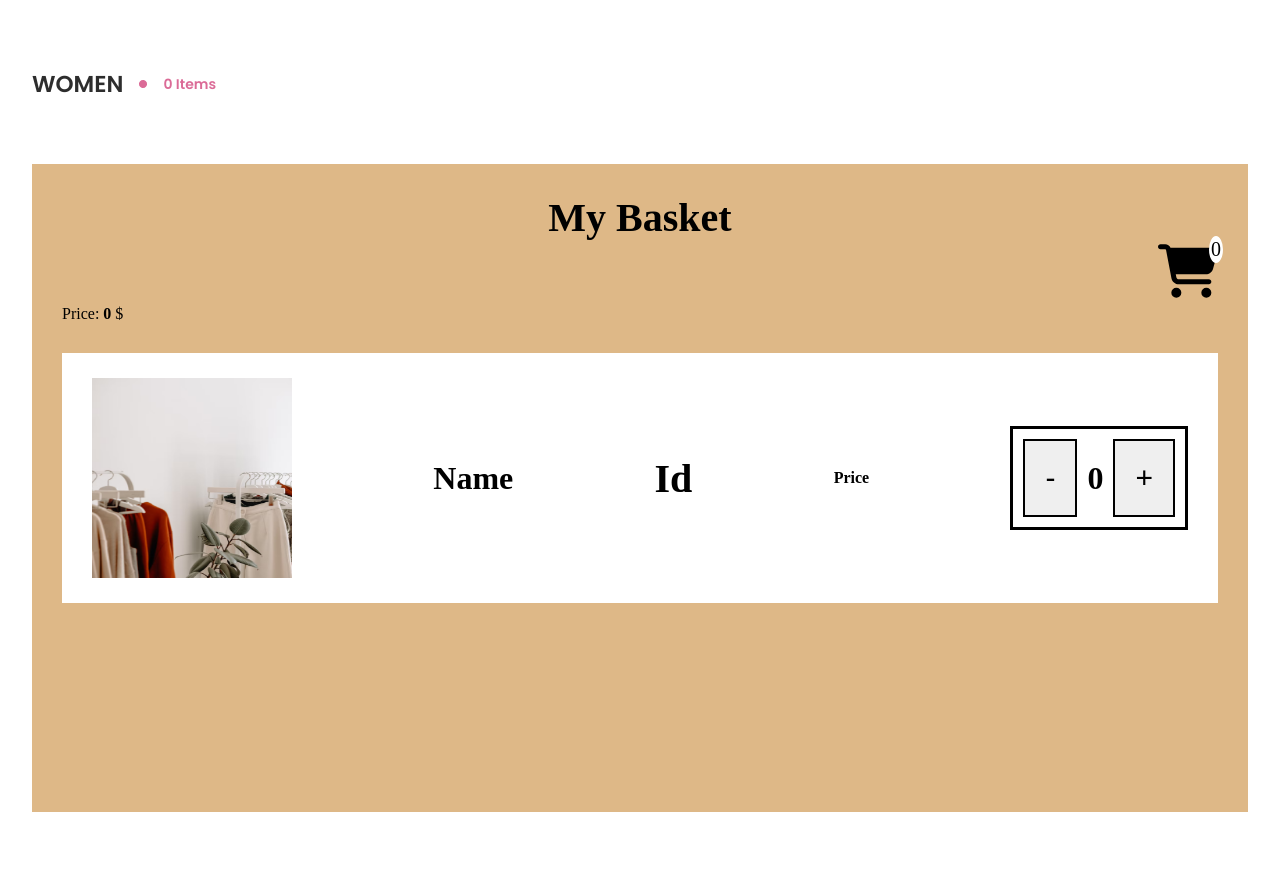
Repository: PoladEziz/Ecommerce-Page
Page: pages/shopPage/index.html
The author's editor kept a copy of each file at every save. The page is drawn from the files as they stood at one save, then again after the next save.
The browser window is 1280 px wide. The pictures show the whole page.

Above is the page before, as saved 2023-11-09 15:57:15.
Console error: TypeError: Cannot read properties of null (reading 'length')

### pages/shopPage/index.html
<!DOCTYPE html>
<html lang="en">
  <head>
    <meta charset="UTF-8" />
    <meta name="viewport" content="width=device-width, initial-scale=1.0" />
    <title>Document</title>
    <link
      rel="stylesheet"
      href="https://cdnjs.cloudflare.com/ajax/libs/font-awesome/6.4.2/css/all.min.css"
      integrity="sha512-z3gLpd7yknf1YoNbCzqRKc4qyor8gaKU1qmn+CShxbuBusANI9QpRohGBreCFkKxLhei6S9CQXFEbbKuqLg0DA=="
      crossorigin="anonymous"
      referrerpolicy="no-referrer"
    />
    <link rel="stylesheet" href="../../assets/css/reset.css" />
    <link rel="stylesheet" href="./index.css" />
  </head>
  <body>
    <div class="shop-page">
      <div class="head">
        <h1>WOMEN</h1>
        <img src="../../assets/img/Ellipse 1.png" alt="" />
        <h2>0 Items</h2>
      </div>
      <div class="main">
        <ul>
          <!-- <li>
            <div class="image-box">
              <img
                class="main-photo"
                src="../../assets/img/image 13.png"
                alt=""
              />
              <div class="buttons-box">
                <div class="ratigns">
                  <img
                    src="../../assets/img/icon emojione-star.png"
                    alt=""
                    srcset=""
                  />
                  <h5>4.3</h5>
                </div>
                <button>
                  <img src="../../assets/img/no-fav.svg" alt="" />
                </button>
              </div>
            </div>

            <h3>Forever 21</h3>
            <p>Plush body-hug sweater</p>
            <h4>Rs. 1790</h4>
            <div class="buttons">
              <button class="add">
                <i class="fa-solid fa-cart-shopping"></i>
              </button>
              <button class="delete">
                <i class="fa-sharp fa-solid fa-trash"></i>
              </button>
            </div>
          </li> -->
        </ul>
      </div>
      <div class="basket">
        <h2>My Basket</h2>
        <div class="basket-icon">
          <img class="shop-icon-img" src="../../assets/img/cart-shopping-solid.svg" alt="">
          <p class="number-p">0</p>
        </div>
        <p>Price: <b class="total-price">0</b> $</p>
        <ul>
          <li><img src="../../assets/img/image 1.png" alt="">
          <h1>Name</h1>
          <h2>Id</h2>
          <h4>Price</h4>
          <div class="counter-div">
            <button class="decrease">-</button>
            <h1 class="counter">0</h1>
            <button class="increase">+</button>
          </div>
          </li>
        </ul>
      </div>
    </div>
  </body>
  <script src="./index.js"></script>
</html>

### assets/css/reset.css
*{
    padding: 0;
    margin: 0;
    box-sizing: border-box;
}
button{
    border: none;
}
li{
    list-style-type: none;
}
a{
    text-decoration: none;
}

### pages/shopPage/index.css
@import url("https://fonts.googleapis.com/css2?family=Poppins:wght@400;600&display=swap");
.shop-page {
  width: 100%;
  min-height: 100vh;
  padding: 64px 32px;
}
.shop-page .head {
  display: flex;
  align-items: center;
  margin-bottom: 40px;
}
.shop-page .head h1 {
  color: var(--text-color-primary, #2d2d2d);
  font-family: Poppins;
  font-size: 23px;
  font-style: normal;
  font-weight: 600;
  line-height: 32px;
}
.shop-page .head img {
  width: 8px;
  height: 8px;
  margin: 16px;
}
.shop-page .head h2 {
  color: var(--text-color-accent, #db6b97);
  font-family: Poppins;
  font-size: 14px;
  font-style: normal;
  font-weight: 600;
  line-height: 24px;
}
.shop-page .main ul {
  display: grid;
  grid-template-columns: repeat(4, 1fr);
  grid-row-gap: 50px;
  grid-column-gap: 120px;
}
.shop-page .main ul li {
  display: flex;
  flex-direction: column;
  gap: 16px;
}
.shop-page .main ul li .image-box {
  position: relative;
}
.shop-page .main ul li .image-box button {
  background: none;
}
.shop-page .main ul li .image-box .buttons-box {
  width: 100%;
  padding: 0 16px;
  position: absolute;
  bottom: 24px;
  display: flex;
  justify-content: space-between;
}
.shop-page .main ul li .ratigns {
  width: 55px;
  height: 24px;
  padding: 4px 8px;
  border-radius: 4px;
  background: var(--text-color-secondary, #fff);
  display: flex;
}
.shop-page .main ul li .ratigns h5 {
  margin-left: 4px;
  color: var(--text-color-primary, #2d2d2d);
  font-family: Poppins;
  font-size: 12px;
  font-style: normal;
  font-weight: 600;
  line-height: 16px;
}
.shop-page .main ul li .main-photo {
  width: 100%;
  height: 360px;
}
.shop-page .main ul li h3 {
  color: var(--text-color-primary, #2d2d2d);
  font-family: Poppins;
  font-size: 16px;
  font-style: normal;
  font-weight: 600;
  line-height: 24px;
}
.shop-page .main ul li p {
  color: var(--text-color-tertiary, #737373);
  font-family: Poppins;
  font-size: 14px;
  font-style: normal;
  font-weight: 400;
  line-height: 24px;
}
.shop-page .main ul li h4 {
  color: var(--text-color-accent, #db6b97);
  font-family: Poppins;
  font-size: 14px;
  font-style: normal;
  font-weight: 600;
  line-height: 24px;
}
.shop-page .main ul li .buttons {
  display: flex;
  align-items: center;
  justify-content: space-between;
}
.shop-page .main ul li .buttons i {
  font-size: 20px;
}
.shop-page .basket {
  width: 100%;
  min-height: 90vh;
  margin-top: 20px;
  padding: 30px;
  background-color: burlywood;
}
.shop-page .basket h2 {
  font-size: 40px;
  text-align: center;
}
.shop-page .basket .basket-icon {
  width: 60px;
  margin-left: auto;
  position: relative;
}
.shop-page .basket .basket-icon .shop-icon-img {
  width: 60px;
  height: 60px;
}
.shop-page .basket .basket-icon .number-p {
  position: absolute;
  top: -5px;
  right: -5px;
  font-size: 20px;
  background-color: #FFF;
  border: 2px solid white;
  border-radius: 50%;
}
.shop-page .basket ul {
  margin-top: 30px;
  display: flex;
  flex-direction: column;
}
.shop-page .basket ul li {
  display: flex;
  align-items: center;
  justify-content: space-between;
  padding: 30px;
  width: 100%;
  height: 250px;
  background-color: #FFF;
}
.shop-page .basket ul li img {
  width: 200px;
  height: 200px;
}
.shop-page .basket ul li .counter-div {
  display: flex;
  align-items: center;
  border: 3px solid black;
}
.shop-page .basket ul li .counter-div button {
  border: 2px solid black;
  padding: 20px;
  margin: 10px;
  font-size: 30px;
}/*# sourceMappingURL=index.css.map */

### pages/shopPage/index.js
let ul = document.querySelector("ul");
let h2 = document.querySelector("h2");
function getProduct() {
  let data = JSON.parse(localStorage.getItem("product"));

  h2.innerText = ` ${data.length} Items`;
  data.forEach((element) => {
    ul.innerHTML += `
    <li>
    <div class="image-box">
      <img
        class="main-photo"
        src="${element.productImg}"
        alt=""
      />
      <div class="buttons-box">
        <div class="ratigns">
          <img
            src="../../assets/img/icon emojione-star.png"
            alt=""
            srcset=""
          />
          <h5>4.3</h5>
        </div>
        <button class="no-fav-btn">
        <img class="no-fav" src="../../assets/img/no-fav.svg" alt="">
        </button>
      </div>
    </div>

    <h3>${element.productName} <br> # <span>${element.productId} </span>  </h3>
    <h5>${element.productInfo} <br> <p>${element.productCount}</p></h5>
    <h4>$ ${element.productAmount}</h4>
<div class="buttons">
<button class="add">
  <i class="fa-solid fa-cart-shopping"></i>
</button>
<button class="delete">
  <i class="fa-sharp fa-solid fa-trash"></i>
</button>
</div>
   </li>
   `;
  });
}
getProduct();
// fav action
let fav = false;
let noFavBtn = document.querySelectorAll(".no-fav-btn");
noFavBtn.forEach((element) => {
  element.addEventListener("click", () => checkFav(element));
});
function checkFav(element) {
  if (fav) {
    element.querySelector("img").src = "../../assets/img/no-fav.svg";
    fav = false;
  } else {
    element.querySelector("img").src = "../../assets/img/fav.svg";
    fav = true;
  }
}
// delete action
let deleteBtn = document.querySelectorAll(".delete");
deleteBtn.forEach((element) => {
  element.addEventListener("click", () => deleteProduct(element));
});
function deleteProduct(element) {
  let data = JSON.parse(localStorage.getItem("product"));
  let productId =
    element.parentElement.parentElement.querySelector("span").innerText;
  let productCount = element.parentElement.parentElement.querySelector("h5 p");

  if (productCount.innerText > 1) {
    productCount.innerText = productCount.innerText - 1;
    editLocalStorage(productId, data);
  } else {
    element.parentElement.parentElement.remove();
    removeLocalStorage(productId, data);
  }
}

// delete from localStorage
function editLocalStorage(id, data) {
  data.forEach((element) => {
    if (element.productId == id) {
      element.productCount--;
      localStorage.setItem("product", JSON.stringify(data));
    }
  });
}

function removeLocalStorage(id, data) {
  let newArr = data.filter((object) => {
    return object.productId != id;
  });
  localStorage.setItem("product", JSON.stringify(newArr));
}



// add to basket
let addBtns=document.querySelectorAll('.add')
let basketCount= document.querySelector('.number-p')
let totalPrice=document.querySelector('.total-price')
addBtns.forEach((element)=>{
  element.addEventListener('click', ()=>addBasket(element))
})

function addBasket(event){
  let productName= event.parentElement.parentElement.querySelector('h3')
}

After the next save:
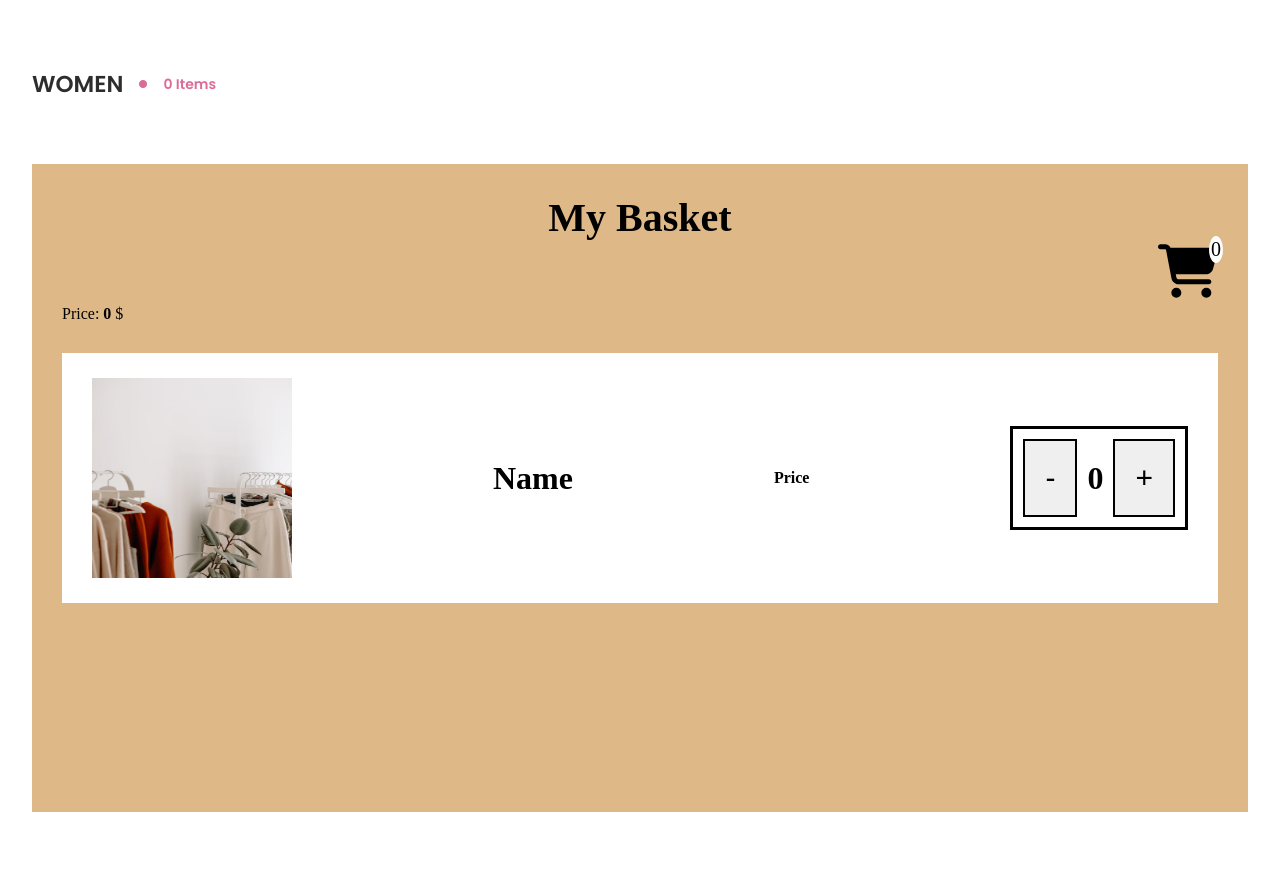
Saved 6 s later.
--- a/pages/shopPage/index.html
+++ b/pages/shopPage/index.html
@@ -69,7 +69,6 @@
         <ul>
           <li><img src="../../assets/img/image 1.png" alt="">
           <h1>Name</h1>
-          <h2>Id</h2>
           <h4>Price</h4>
           <div class="counter-div">
             <button class="decrease">-</button>
